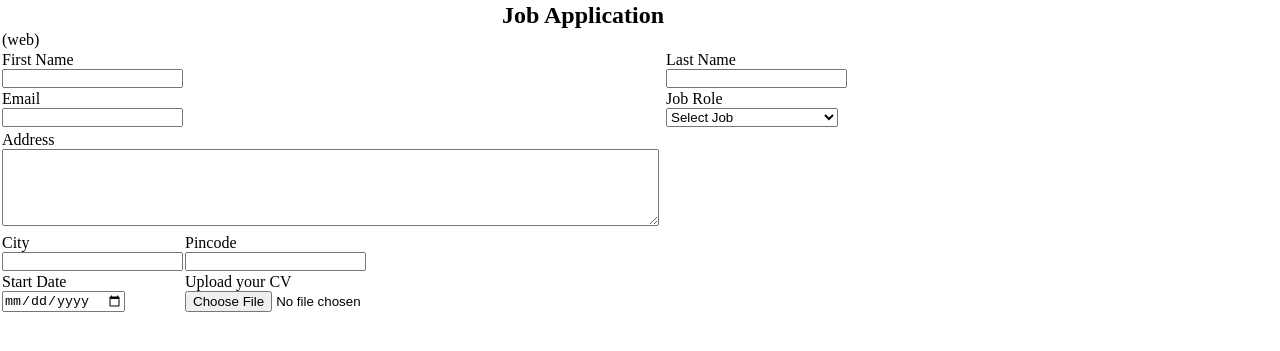
Repository: diensy/JOB-APPLICATION
Page: index.html
These files come from the project's save history. The page is drawn as it stood at one moment and after the next save; the edit follows.
The browser window is 1280 px wide. The pictures show the whole page.

Above is the page before, as saved 2024-02-27 00:58:58.

After the next save:
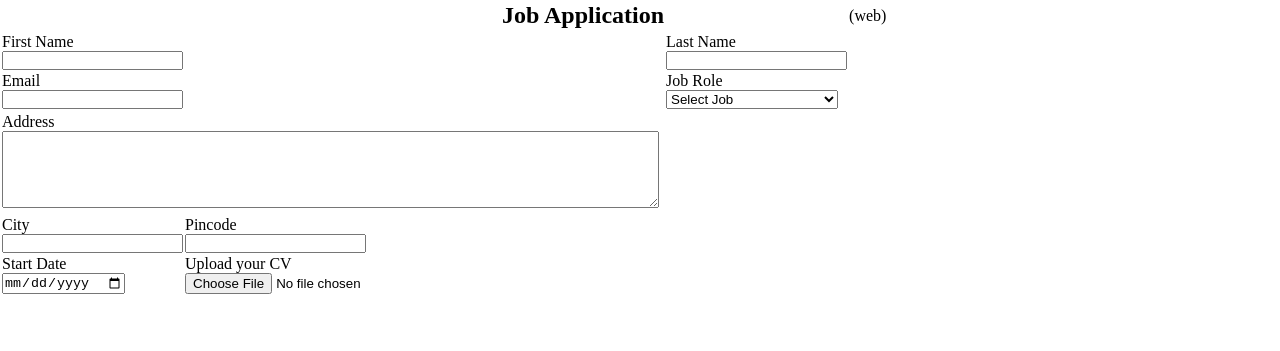
Saved 19 s later.
--- a/index.html
+++ b/index.html
@@ -13,9 +13,10 @@
           <td>
             <h2 class="head">Job Application</h2>
           </td>
+          <td><td><p>(web)</p></td></td>
         </tr>
         <tr>
-          <td><p>(web)</p></td>
+
         </tr>
         <tr>
           <td>

After the save that followed:
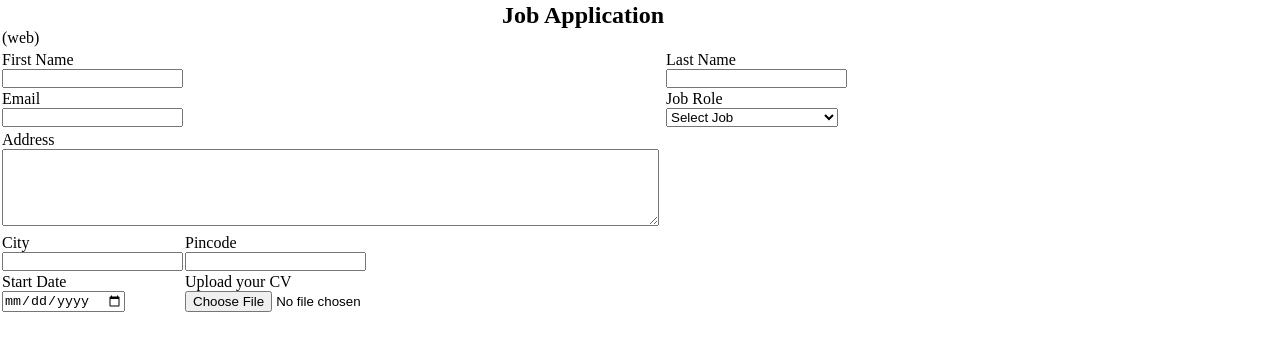
Saved 30 s later.
--- a/index.html
+++ b/index.html
@@ -12,12 +12,10 @@
         <tr>
           <td>
             <h2 class="head">Job Application</h2>
+            <p>(web)</p>
           </td>
-          <td><td><p>(web)</p></td></td>
         </tr>
-        <tr>
-
-        </tr>
+        <tr></tr>
         <tr>
           <td>
             <label for="firstname" id="first">First Name</label>
